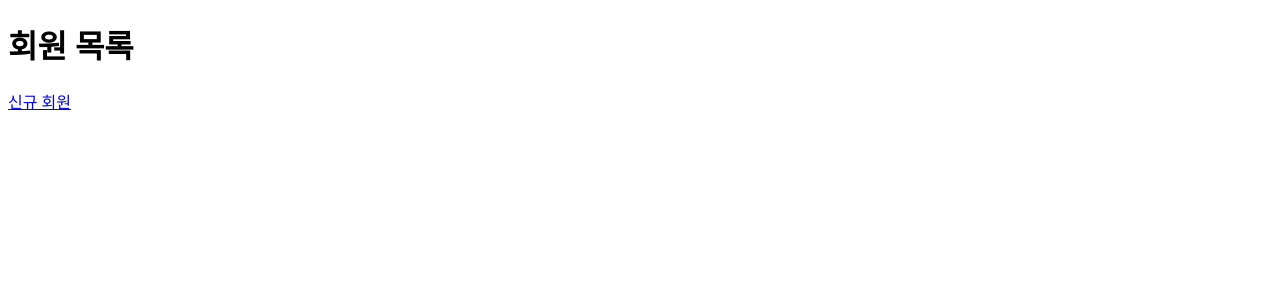
Repository: taeeun2/java_web
Page: http://localhost/webapp/lecture/members/MemberList.jsp
An editor plug-in stored every save of this project. The page is shown before and after the next save, followed by the edit.
The browser window is 1280 px wide. The pictures show the whole page.
The page is served by Tomcat 9.

Above is the page before, as saved 2021-10-02 08:14:24.

After the next save:
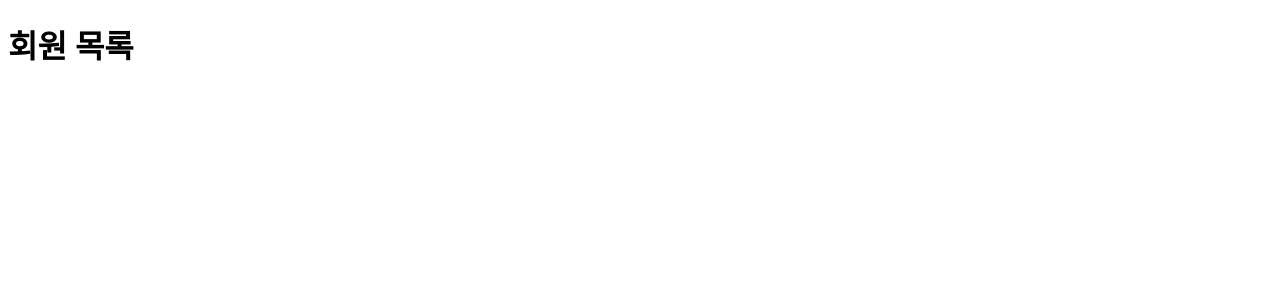
Saved 36 s later.
--- a/webapp/WebContent/lecture/members/MemberList.jsp
+++ b/webapp/WebContent/lecture/members/MemberList.jsp
@@ -11,7 +11,7 @@
 </head>
 <body>
 <h1>회원 목록</h1>
-<p><a href="add.do">신규 회원</a></p>
+<!-- <p><a href="add.do">신규 회원</a></p> -->
 <c:forEach var="member" items="${members}">
 ${member.no},
 <%-- <a href = 'update.do?no=${member.no}'>${member.name }</a>
